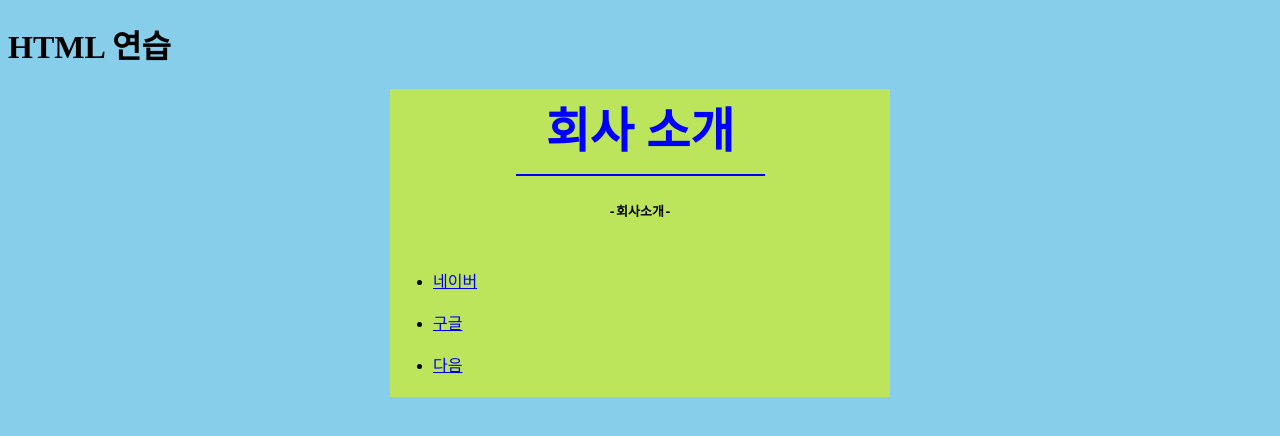
Repository: leeseungho1994/test09
Page: html/NewFile.html
An editor plug-in stored every save of this project. The page is shown before and after the next save, followed by the edit.
The browser window is 1280 px wide. The pictures show the whole page.

Above is the page before, as saved 2020-10-29 09:10:20.

After the next save:
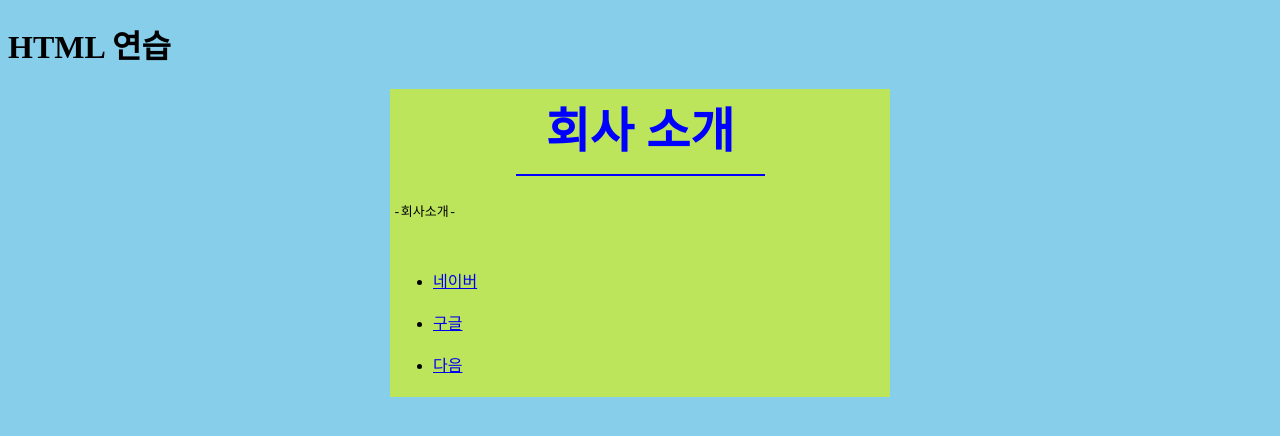
Saved 13 s later.
--- a/html/NewFile.html
+++ b/html/NewFile.html
@@ -15,8 +15,8 @@
 			<th><hr width="50%" align="center" color="blue"></th>
 		</tr>
 		<tr>
-			<th><pre>-회사소개-
-			</pre></th>
+			<td><pre>-회사소개-
+			</pre></td>
 		</tr>
 		<tr>
 			<td><ul>
